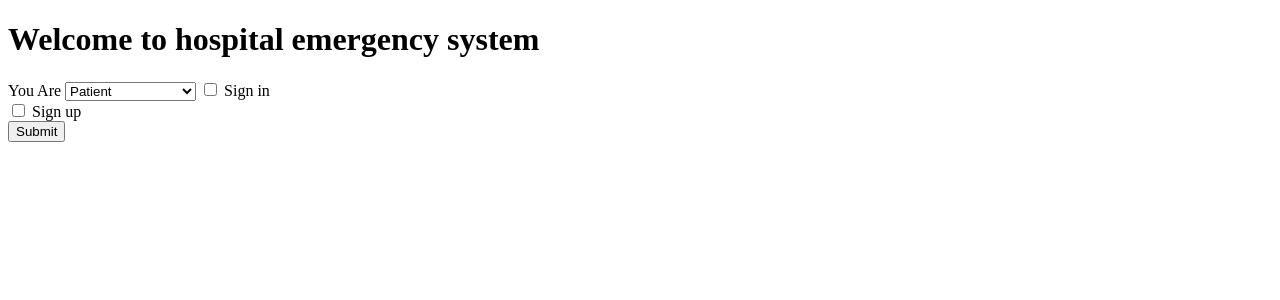
Repository: OmarAl-Saleh/Hospital-Emergency-System
Page: http://localhost/EmergencySystem/
The author's editor kept a copy of each file at every save. The page is drawn from the files as they stood at one save, then again after the next save.
The browser window is 1280 px wide. The pictures show the whole page.
The page is served by Tomcat 9. Other server files are loaded and not shown.

Above is the page before, as saved 2024-05-22 06:35:14.

### EmergencySystem/EmergencySystem/src/main/webapp/index.jsp
<%@ page language="java" contentType="text/html; charset=ISO-8859-1"
    pageEncoding="ISO-8859-1"%>
<!DOCTYPE html>
<html>
<head>
<meta charset="ISO-8859-1">
<title>Emergency System</title>
<head><h1>Welcome to hospital emergency system</h1></head>
<body>
<form action="Sign_in.jsp" method="get">
<label for="You Are">You Are</label>
    <select id="You Are" name="You Are">
        <option value="patient">Patient</option>
        <option value="Officer">Officer</option>
        <option value="Screening Nurse">Screening Nurse</option>
        <option value="Department Nurse">Department Nurse</option>
    </select>

 <form action="Sign_in.jsp" method="get">
   <label>
        <input type="checkbox" name="sign" value="Sign_in"> Sign in
    </label><br>
    <label>
        <input type="checkbox" name="sign" value="Sign_up"> Sign up
    </label><br>

   </form>
    <input type="submit" value="Submit">


</form>
</body>
</html>

After the next save:
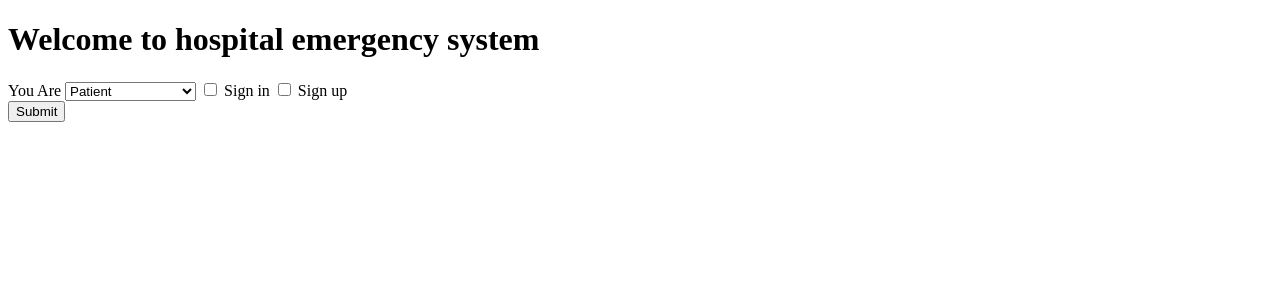
Saved 35 s later.
--- a/EmergencySystem/EmergencySystem/src/main/webapp/index.jsp
+++ b/EmergencySystem/EmergencySystem/src/main/webapp/index.jsp
@@ -19,10 +19,10 @@
  <form action="Sign_in.jsp" method="get">
    <label>
         <input type="checkbox" name="sign" value="Sign_in"> Sign in
-    </label><br>
+    </label>
     <label>
         <input type="checkbox" name="sign" value="Sign_up"> Sign up
-    </label><br>
+    </label>
 
    </form>
     <input type="submit" value="Submit">
